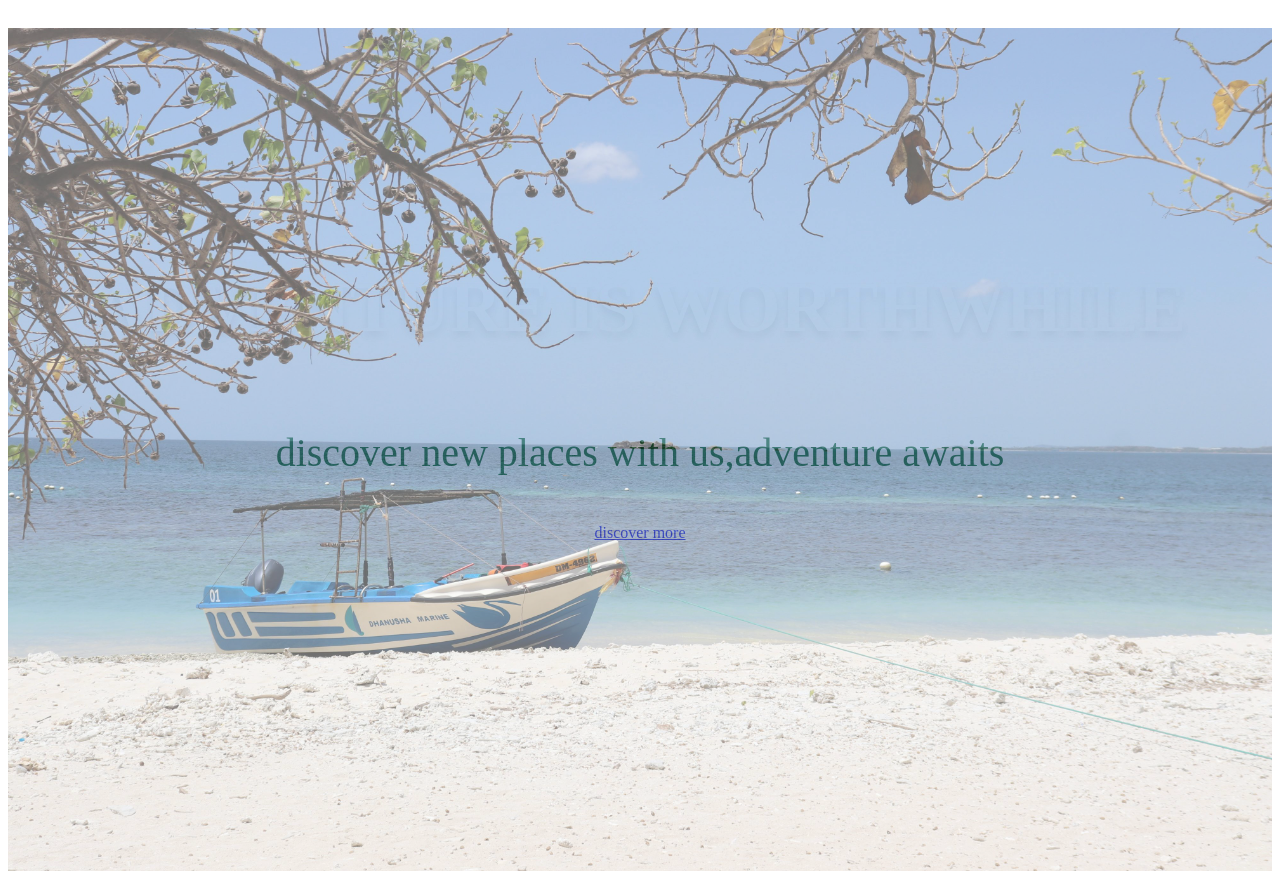
Repository: KasunInd27/Ceylon-Journey
Page: Home/home.html
These files come from the project's save history. The page is drawn as it stood at one moment and after the next save; the edit follows.
The browser window is 1280 px wide. The pictures show the whole page.

Above is the page before, as saved 2024-10-05 13:49:45.
Console error: SyntaxError: Unexpected token '<'

After the next save:
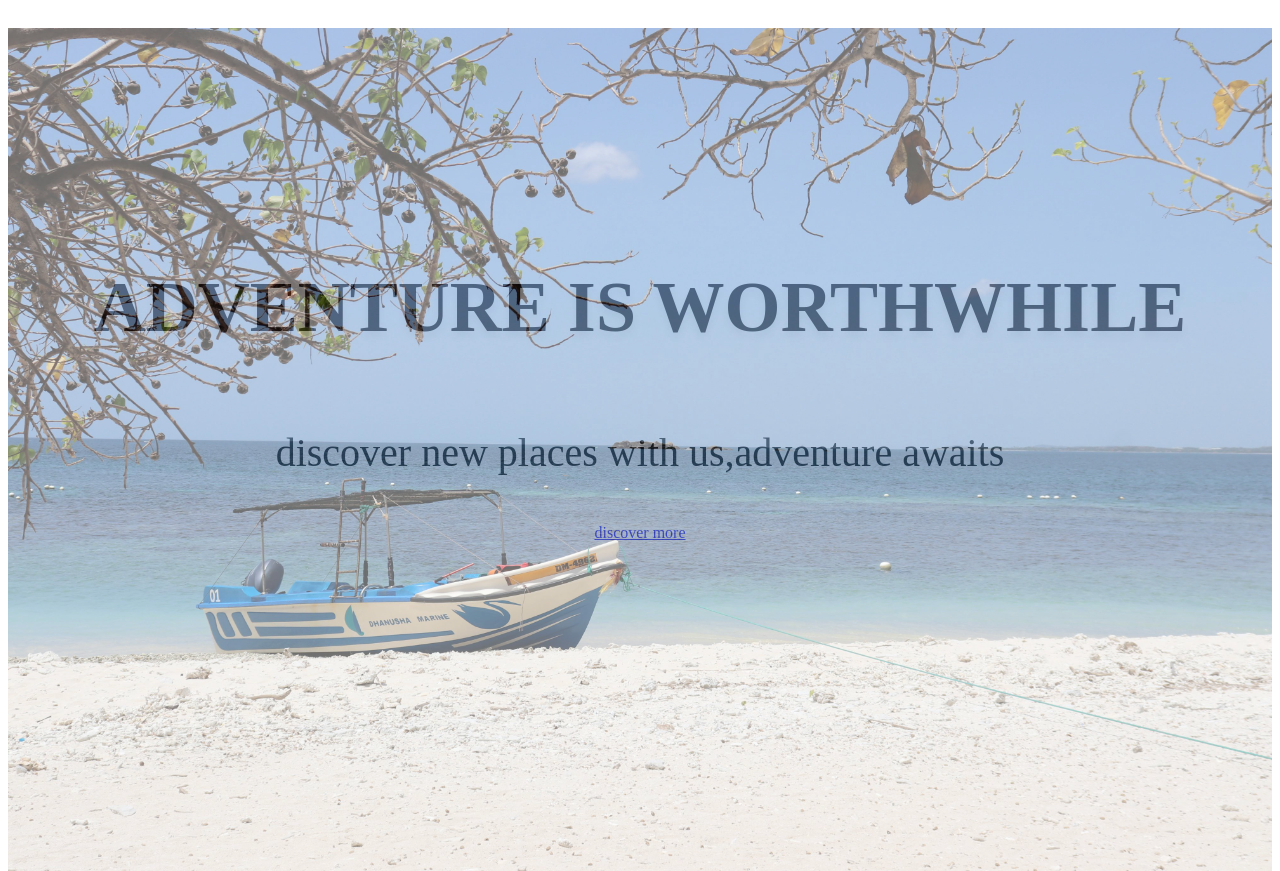
Saved 44 s later.
--- a/Home/CSS/home.css
+++ b/Home/CSS/home.css
@@ -47,7 +47,7 @@
 .home .content h3 {
     font-size: 4.5rem;
     /* Sets a large font size for the heading */
-    color: #ffffff;
+    color: #060101;
     /* White text color */
     text-transform: uppercase;
     /* Makes the text uppercase */
@@ -60,7 +60,7 @@
 .home .content p {
     font-size: 2.5rem;
     /* Sets the font size for paragraphs inside the .content class in the .home section */
-    color: #025817;
+    color: #010401;
     /* Sets the text color to white */
     padding: 0.5rem 0;
     /* Adds vertical padding (top and bottom) of 0.5rem */
